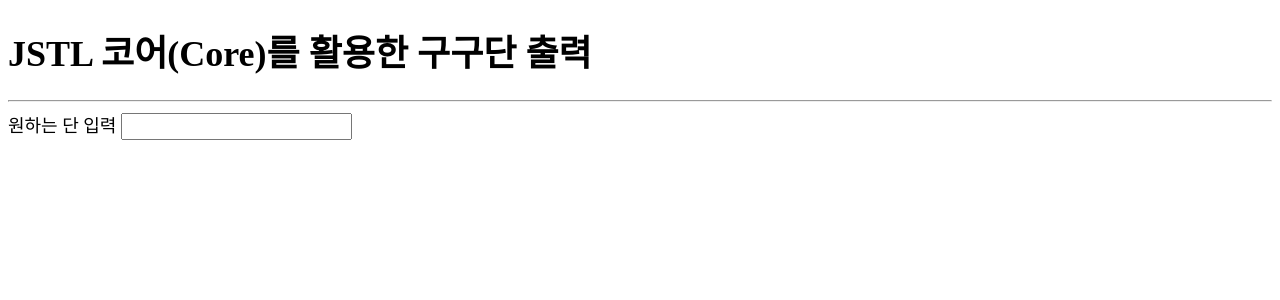
Repository: onpul/Web
Page: http://localhost/WebApp22/Gugudan.jsp
These files come from the project's save history. The page is drawn as it stood at one moment and after the next save; the edit follows.
The browser window is 1280 px wide. The pictures show the whole page.
The page is served by Tomcat 9.

Above is the page before, as saved 2022-04-29 07:47:36.

After the next save:
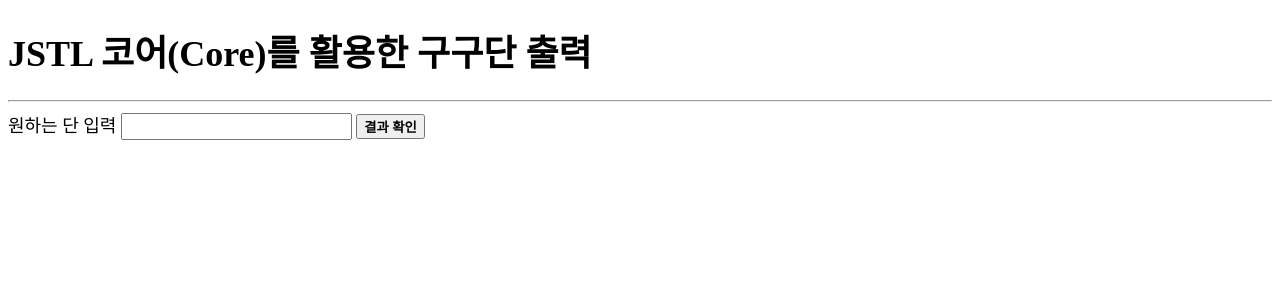
Saved 17 s later.
--- a/WebApp22/WebContent/Gugudan.jsp
+++ b/WebApp22/WebContent/Gugudan.jsp
@@ -24,6 +24,8 @@
 <div>
 	<form action="">
 		원하는 단 입력 <input type="text" name="dan" class="txt"/>
+
+		<button type="submit" class="btn">결과 확인</button>
 	</form>
 </div>
 
